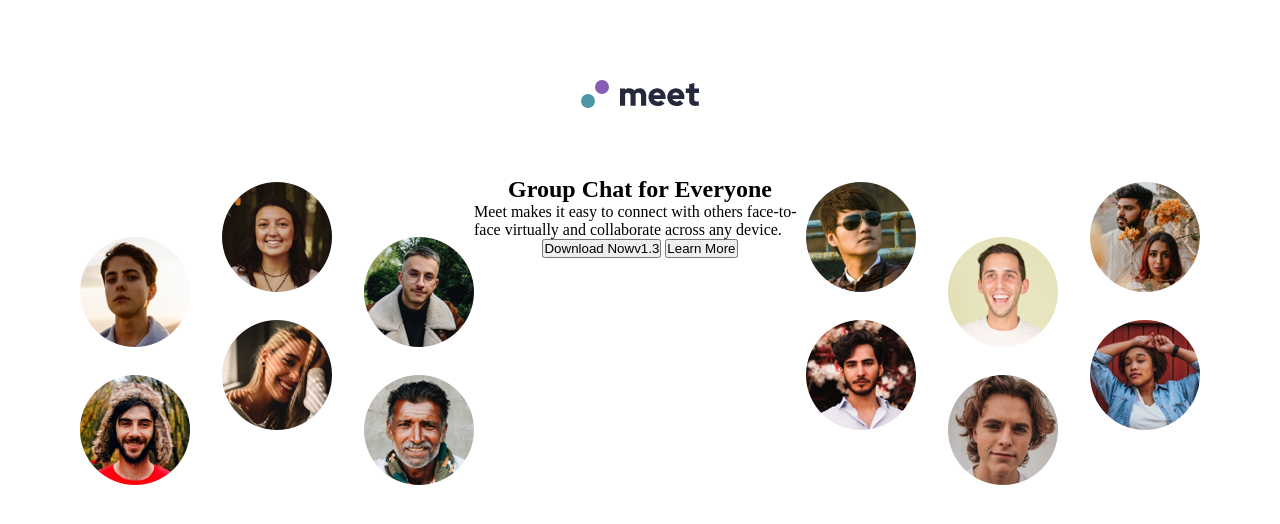
Repository: brandontaylor1/meet-landing-page
Page: index.html
An editor plug-in stored every save of this project. The page is shown before and after the next save, followed by the edit.
The browser window is 1280 px wide. The pictures show the whole page.

Above is the page before, as saved 2025-01-11 19:25:00.

After the next save:
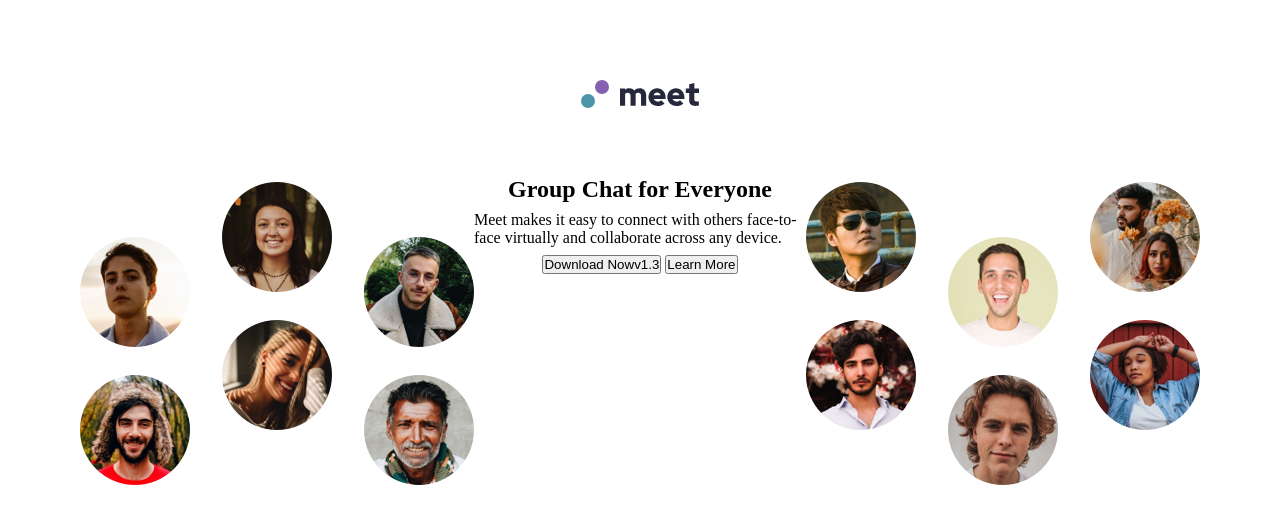
Saved 69 s later.
--- a/styles.css
+++ b/styles.css
@@ -42,5 +42,6 @@
     justify-self: center;
     width: 448px;
     height: 314px;
+    gap: var(--spacing-100, 8px);
 
 }

After the save that followed:
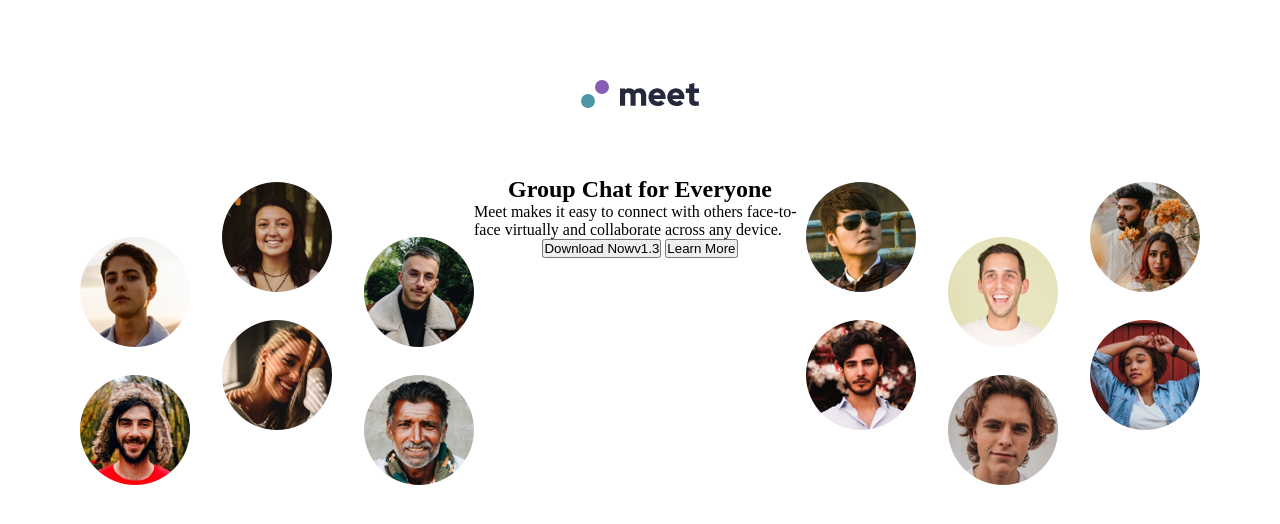
Saved 57 s later.
--- a/styles.css
+++ b/styles.css
@@ -42,6 +42,5 @@
     justify-self: center;
     width: 448px;
     height: 314px;
-    gap: var(--spacing-100, 8px);
 
 }
